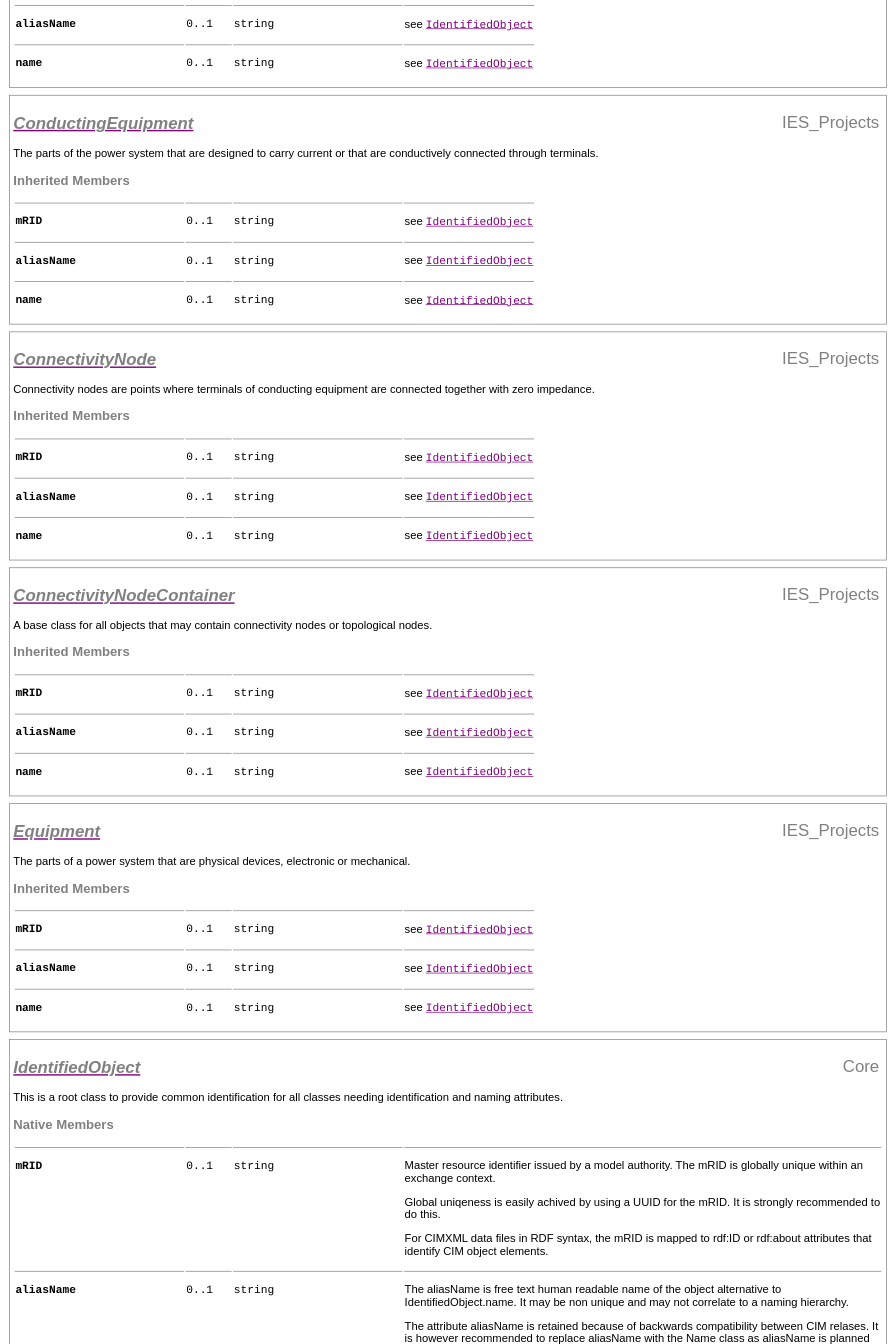
Repository: markodj99/IES-Project
Page: Projekat/Profile/Profile/Profiles/Profile.html
An editor plug-in stored every save of this project. The page is shown before and after the next save, followed by the edit.
The browser window is 1280 px wide. The pictures show the part of the page from y = 482 to 2402 px (the page is 4568 px tall before and 4760 px after), at 70% of full size.

Above is the page before, as saved 2022-07-28 17:18:06.

### Projekat/Profile/Profile/Profiles/Profile.html
<?xml version="1.0" encoding="UTF-8"?>
<!DOCTYPE html PUBLIC "-//W3C//DTD XHTML 1.1//EN" "http://www.w3.org/TR/xhtml11/DTD/xhtml11.dtd">
<html xmlns="http://www.w3.org/1999/xhtml" xmlns:a="http://langdale.com.au/2005/Message#" xmlns:xs="http://www.w3.org/2001/XMLSchema">
<head>
<title>Profile Documentation</title>
<style type="text/css">
/* typography: fonts */
body { font-family: arial, sans-serif; }

.name, .type, .cardinality, .superclass, .xsdtype, .namespace { font-family: courier, monospace; }


/* typography: emphasis */
h1 { color: white; background: gray;}

h2, h3 { color: gray; text-decoration: none;}

h2.abstract, h2.enumerated, h2.domain {font-style: italic }

p.note { background-color: #ddd }

p.declaration { color: gray }

:link { color: purple; }

.xsdtype { color: black; font-weight: bold; }

.namespace { color: black }

.package { font-size: x-large; color: gray }


/* borders */
div.group {
	border-style: solid;
	border-color: gray;
	border-width: 1px;

}

th, td {
	border-top-style : solid;
	border-top-width : 1px;
	border-color: gray;
 }


/* spacing and alignment */
body {padding: 5px; }

h1 { padding: 5px;}

div.group {
	margin-top: 10px;
	padding: 5px;
	position: relative;
}
th, td {
	text-align : left;
	vertical-align : top;
}
th, td.type { width: 15em; overflow: visible; }

p.cardinality { width: 4em; }

p.package { position: absolute; right: 10px; top: 0px}
</style>
</head>
<body>
<h1>Profile Documentation</h1>
<p/>
<p class="declaration">
					Profile namespace:
					<span class="namespace">http://iec.ch/TC57/2007/profile#</span>
</p>
<h1>Concrete Classes</h1>
<h1>Abstract Classes</h1>
<div id="BaseVoltage" class="group">
<a href="#BaseVoltage">
<h2 class="abstract">BaseVoltage</h2>
</a>
<p class="package">Core</p>
<p class="comment">Defines a system base voltage which is referenced.</p>
<h3>Inherited Members</h3>
<table>
<tr>
<th>
<p class="name">mRID</p>
</th>
<td>
<p class="cardinality">0..1</p>
</td>
<td class="type">
<p class="type">string</p>
</td>
<td>
<p>see <a class="superclass" href="#IdentifiedObject.mRID">IdentifiedObject</a>
</p>
</td>
</tr>
<tr>
<th>
<p class="name">aliasName</p>
</th>
<td>
<p class="cardinality">0..1</p>
</td>
<td class="type">
<p class="type">string</p>
</td>
<td>
<p>see <a class="superclass" href="#IdentifiedObject.aliasName">IdentifiedObject</a>
</p>
</td>
</tr>
<tr>
<th>
<p class="name">name</p>
</th>
<td>
<p class="cardinality">0..1</p>
</td>
<td class="type">
<p class="type">string</p>
</td>
<td>
<p>see <a class="superclass" href="#IdentifiedObject.name">IdentifiedObject</a>
</p>
</td>
</tr>
</table>
</div>
<div id="ConductingEquipment" class="group">
<a href="#ConductingEquipment">
<h2 class="abstract">ConductingEquipment</h2>
</a>
<p class="package">IES_Projects</p>
<p class="comment">The parts of the power system that are designed to carry current or that are conductively connected through terminals.</p>
<h3>Inherited Members</h3>
<table/>
<table/>
<table>
<tr>
<th>
<p class="name">mRID</p>
</th>
<td>
<p class="cardinality">0..1</p>
</td>
<td class="type">
<p class="type">string</p>
</td>
<td>
<p>see <a class="superclass" href="#IdentifiedObject.mRID">IdentifiedObject</a>
</p>
</td>
</tr>
<tr>
<th>
<p class="name">aliasName</p>
</th>
<td>
<p class="cardinality">0..1</p>
</td>
<td class="type">
<p class="type">string</p>
</td>
<td>
<p>see <a class="superclass" href="#IdentifiedObject.aliasName">IdentifiedObject</a>
</p>
</td>
</tr>
<tr>
<th>
<p class="name">name</p>
</th>
<td>
<p class="cardinality">0..1</p>
</td>
<td class="type">
<p class="type">string</p>
</td>
<td>
<p>see <a class="superclass" href="#IdentifiedObject.name">IdentifiedObject</a>
</p>
</td>
</tr>
</table>
</div>
<div id="ConnectivityNode" class="group">
<a href="#ConnectivityNode">
<h2 class="abstract">ConnectivityNode</h2>
</a>
<p class="package">IES_Projects</p>
<p class="comment">Connectivity nodes are points where terminals of conducting equipment are connected together with zero impedance.</p>
<h3>Inherited Members</h3>
<table>
<tr>
<th>
<p class="name">mRID</p>
</th>
<td>
<p class="cardinality">0..1</p>
</td>
<td class="type">
<p class="type">string</p>
</td>
<td>
<p>see <a class="superclass" href="#IdentifiedObject.mRID">IdentifiedObject</a>
</p>
</td>
</tr>
<tr>
<th>
<p class="name">aliasName</p>
</th>
<td>
<p class="cardinality">0..1</p>
</td>
<td class="type">
<p class="type">string</p>
</td>
<td>
<p>see <a class="superclass" href="#IdentifiedObject.aliasName">IdentifiedObject</a>
</p>
</td>
</tr>
<tr>
<th>
<p class="name">name</p>
</th>
<td>
<p class="cardinality">0..1</p>
</td>
<td class="type">
<p class="type">string</p>
</td>
<td>
<p>see <a class="superclass" href="#IdentifiedObject.name">IdentifiedObject</a>
</p>
</td>
</tr>
</table>
</div>
<div id="ConnectivityNodeContainer" class="group">
<a href="#ConnectivityNodeContainer">
<h2 class="abstract">ConnectivityNodeContainer</h2>
</a>
<p class="package">IES_Projects</p>
<p class="comment">A base class for all objects that may contain connectivity nodes or topological nodes.</p>
<h3>Inherited Members</h3>
<table/>
<table>
<tr>
<th>
<p class="name">mRID</p>
</th>
<td>
<p class="cardinality">0..1</p>
</td>
<td class="type">
<p class="type">string</p>
</td>
<td>
<p>see <a class="superclass" href="#IdentifiedObject.mRID">IdentifiedObject</a>
</p>
</td>
</tr>
<tr>
<th>
<p class="name">aliasName</p>
</th>
<td>
<p class="cardinality">0..1</p>
</td>
<td class="type">
<p class="type">string</p>
</td>
<td>
<p>see <a class="superclass" href="#IdentifiedObject.aliasName">IdentifiedObject</a>
</p>
</td>
</tr>
<tr>
<th>
<p class="name">name</p>
</th>
<td>
<p class="cardinality">0..1</p>
</td>
<td class="type">
<p class="type">string</p>
</td>
<td>
<p>see <a class="superclass" href="#IdentifiedObject.name">IdentifiedObject</a>
</p>
</td>
</tr>
</table>
</div>
<div id="Equipment" class="group">
<a href="#Equipment">
<h2 class="abstract">Equipment</h2>
</a>
<p class="package">IES_Projects</p>
<p class="comment">The parts of a power system that are physical devices, electronic or mechanical.</p>
<h3>Inherited Members</h3>
<table/>
<table>
<tr>
<th>
<p class="name">mRID</p>
</th>
<td>
<p class="cardinality">0..1</p>
</td>
<td class="type">
<p class="type">string</p>
</td>
<td>
<p>see <a class="superclass" href="#IdentifiedObject.mRID">IdentifiedObject</a>
</p>
</td>
</tr>
<tr>
<th>
<p class="name">aliasName</p>
</th>
<td>
<p class="cardinality">0..1</p>
</td>
<td class="type">
<p class="type">string</p>
</td>
<td>
<p>see <a class="superclass" href="#IdentifiedObject.aliasName">IdentifiedObject</a>
</p>
</td>
</tr>
<tr>
<th>
<p class="name">name</p>
</th>
<td>
<p class="cardinality">0..1</p>
</td>
<td class="type">
<p class="type">string</p>
</td>
<td>
<p>see <a class="superclass" href="#IdentifiedObject.name">IdentifiedObject</a>
</p>
</td>
</tr>
</table>
</div>
<div id="IdentifiedObject" class="group">
<a href="#IdentifiedObject">
<h2 class="abstract">IdentifiedObject</h2>
</a>
<p class="package">Core</p>
<p class="comment">This is a root class to provide common identification for all classes needing identification and naming attributes.</p>
<h3>Native Members</h3>
<table>
<tr>
<th>
<p class="name" id="IdentifiedObject.mRID">mRID</p>
</th>
<td>
<p class="cardinality">0..1</p>
</td>
<td class="type">
<p class="type">string</p>
</td>
<td>
<p class="comment">Master resource identifier issued by a model authority. The mRID is globally unique within an exchange context.</p>
<p class="comment">Global uniqeness is easily achived by using a UUID for the mRID. It is strongly recommended to do this.</p>
<p class="comment">For CIMXML data files in RDF syntax, the mRID is mapped to rdf:ID or rdf:about attributes that identify CIM object elements.</p>
</td>
</tr>
<tr>
<th>
<p class="name" id="IdentifiedObject.aliasName">aliasName</p>
</th>
<td>
<p class="cardinality">0..1</p>
</td>
<td class="type">
<p class="type">string</p>
</td>
<td>
<p class="comment">The aliasName is free text human readable name of the object alternative to IdentifiedObject.name. It may be non unique and may not correlate to a naming hierarchy.</p>
<p class="comment">The attribute aliasName is retained because of backwards compatibility between CIM relases. It is however recommended to replace aliasName with the Name class as aliasName is planned for retirement at a future time.</p>
</td>
</tr>
<tr>
<th>
<p class="name" id="IdentifiedObject.name">name</p>
</th>
<td>
<p class="cardinality">0..1</p>
</td>
<td class="type">
<p class="type">string</p>
</td>
<td>
<p class="comment">The name is any free human readable and possibly non unique text naming the object.</p>
</td>
</tr>
</table>
</div>
<div id="PowerSystemResource" class="group">
<a href="#PowerSystemResource">
<h2 class="abstract">PowerSystemResource</h2>
</a>
<p class="package">Core</p>
<p class="comment">A power system resource can be an item of equipment such as a switch, an equipment container containing many individual items of equipment such as a substation, or an organisational entity such as sub-control area. Power system resources can have measurements associated.</p>
<h3>Inherited Members</h3>
<table>
<tr>
<th>
<p class="name">mRID</p>
</th>
<td>
<p class="cardinality">0..1</p>
</td>
<td class="type">
<p class="type">string</p>
</td>
<td>
<p>see <a class="superclass" href="#IdentifiedObject.mRID">IdentifiedObject</a>
</p>
</td>
</tr>
<tr>
<th>
<p class="name">aliasName</p>
</th>
<td>
<p class="cardinality">0..1</p>
</td>
<td class="type">
<p class="type">string</p>
</td>
<td>
<p>see <a class="superclass" href="#IdentifiedObject.aliasName">IdentifiedObject</a>
</p>
</td>
</tr>
<tr>
<th>
<p class="name">name</p>
</th>
<td>
<p class="cardinality">0..1</p>
</td>
<td class="type">
<p class="type">string</p>
</td>
<td>
<p>see <a class="superclass" href="#IdentifiedObject.name">IdentifiedObject</a>
</p>
</td>
</tr>
</table>
</div>
<div id="Switch" class="group">
<a href="#Switch">
<h2 class="abstract">Switch</h2>
</a>
<p class="package">Wires</p>
<p class="comment">A generic device designed to close, or open, or both, one or more electric circuits.</p>
<h3>Native Members</h3>
<table>
<tr>
<th>
<p class="name" id="Switch.normalOpen">normalOpen</p>
</th>
<td>
<p class="cardinality">0..1</p>
</td>
<td class="type">
<p class="type">boolean</p>
</td>
<td>
<p class="comment">The attribute is used in cases when no Measurement for the status value is present. If the Switch has a status measurment the Discrete.normalValue is expected to match with the Switch.normalOpen.</p>
</td>
</tr>
<tr>
<th>
<p class="name" id="Switch.retained">retained</p>
</th>
<td>
<p class="cardinality">0..1</p>
</td>
<td class="type">
<p class="type">boolean</p>
</td>
<td>
<p class="comment">Branch is retained in a bus branch model.</p>
</td>
</tr>
<tr>
<th>
<p class="name" id="Switch.switchOnCount">switchOnCount</p>
</th>
<td>
<p class="cardinality">0..1</p>
</td>
<td class="type">
<p class="type">integer</p>
</td>
<td>
<p class="comment">The switch on count since the switch was last reset or initialized.</p>
</td>
</tr>
<tr>
<th>
<p class="name" id="Switch.switchOnDate">switchOnDate</p>
</th>
<td>
<p class="cardinality">0..1</p>
</td>
<td class="type">
<p class="type">dateTime</p>
</td>
<td>
<p class="comment">The date and time when the switch was last switched on.</p>
</td>
</tr>
<tr>
<th>
<p class="name" id="Switch.ratedCurrent">ratedCurrent</p>
</th>
<td>
<p class="cardinality">0..1</p>
</td>
<td class="type">
<p class="type">
<a href="#CurrentFlow">CurrentFlow</a>
</p>
</td>
<td>
<p class="comment">The maximum continuous current carrying capacity in amps governed by the device material and construction.</p>
</td>
</tr>
</table>
<h3>Inherited Members</h3>
<table/>
<table/>
<table/>
<table>
<tr>
<th>
<p class="name">mRID</p>
</th>
<td>
<p class="cardinality">0..1</p>
</td>
<td class="type">
<p class="type">string</p>
</td>
<td>
<p>see <a class="superclass" href="#IdentifiedObject.mRID">IdentifiedObject</a>
</p>
</td>
</tr>
<tr>
<th>
<p class="name">aliasName</p>
</th>
<td>
<p class="cardinality">0..1</p>
</td>
<td class="type">
<p class="type">string</p>
</td>
<td>
<p>see <a class="superclass" href="#IdentifiedObject.aliasName">IdentifiedObject</a>
</p>
</td>
</tr>
<tr>
<th>
<p class="name">name</p>
</th>
<td>
<p class="cardinality">0..1</p>
</td>
<td class="type">
<p class="type">string</p>
</td>
<td>
<p>see <a class="superclass" href="#IdentifiedObject.name">IdentifiedObject</a>
</p>
</td>
</tr>
</table>
</div>
<div id="Terminal" class="group">
<a href="#Terminal">
<h2 class="abstract">Terminal</h2>
</a>
<p class="package">Core</p>
<p class="comment">An electrical connection point to a piece of conducting equipment. Terminals are connected at physical connection points called connectivity nodes.</p>
<h3>Inherited Members</h3>
<table>
<tr>
<th>
<p class="name">mRID</p>
</th>
<td>
<p class="cardinality">0..1</p>
</td>
<td class="type">
<p class="type">string</p>
</td>
<td>
<p>see <a class="superclass" href="#IdentifiedObject.mRID">IdentifiedObject</a>
</p>
</td>
</tr>
<tr>
<th>
<p class="name">aliasName</p>
</th>
<td>
<p class="cardinality">0..1</p>
</td>
<td class="type">
<p class="type">string</p>
</td>
<td>
<p>see <a class="superclass" href="#IdentifiedObject.aliasName">IdentifiedObject</a>
</p>
</td>
</tr>
<tr>
<th>
<p class="name">name</p>
</th>
<td>
<p class="cardinality">0..1</p>
</td>
<td class="type">
<p class="type">string</p>
</td>
<td>
<p>see <a class="superclass" href="#IdentifiedObject.name">IdentifiedObject</a>
</p>
</td>
</tr>
</table>
</div>
<div id="TopologicalNode" class="group">
<a href="#TopologicalNode">
<h2 class="abstract">TopologicalNode</h2>
</a>
<p class="package">IES_Projects</p>
<p class="comment">For a detailed substation model a topological node is a set of connectivity nodes that, in the current network state, are connected together through any type of closed switches, including  jumpers. Topological nodes change as the current network state changes (i.e., switches, breakers, etc. change state).</p>
<p class="comment">For a planning model, switch statuses are not used to form topological nodes. Instead they are manually created or deleted in a model builder tool. Topological nodes maintained this way are also called "busses".</p>
<h3>Inherited Members</h3>
<table>
<tr>
<th>
<p class="name">mRID</p>
</th>
<td>
<p class="cardinality">0..1</p>
</td>
<td class="type">
<p class="type">string</p>
</td>
<td>
<p>see <a class="superclass" href="#IdentifiedObject.mRID">IdentifiedObject</a>
</p>
</td>
</tr>
<tr>
<th>
<p class="name">aliasName</p>
</th>
<td>
<p class="cardinality">0..1</p>
</td>
<td class="type">
<p class="type">string</p>
</td>
<td>
<p>see <a class="superclass" href="#IdentifiedObject.aliasName">IdentifiedObject</a>
</p>
</td>
</tr>
<tr>
<th>
<p class="name">name</p>
</th>
<td>
<p class="cardinality">0..1</p>
</td>
<td class="type">
<p class="type">string</p>
</td>
<td>
<p>see <a class="superclass" href="#IdentifiedObject.name">IdentifiedObject</a>
</p>
</td>
</tr>
</table>
</div>
<h1>Enumerations</h1>
<h1>Compound Types</h1>
<h1>Datatypes</h1>
</body>
</html>

After the next save:
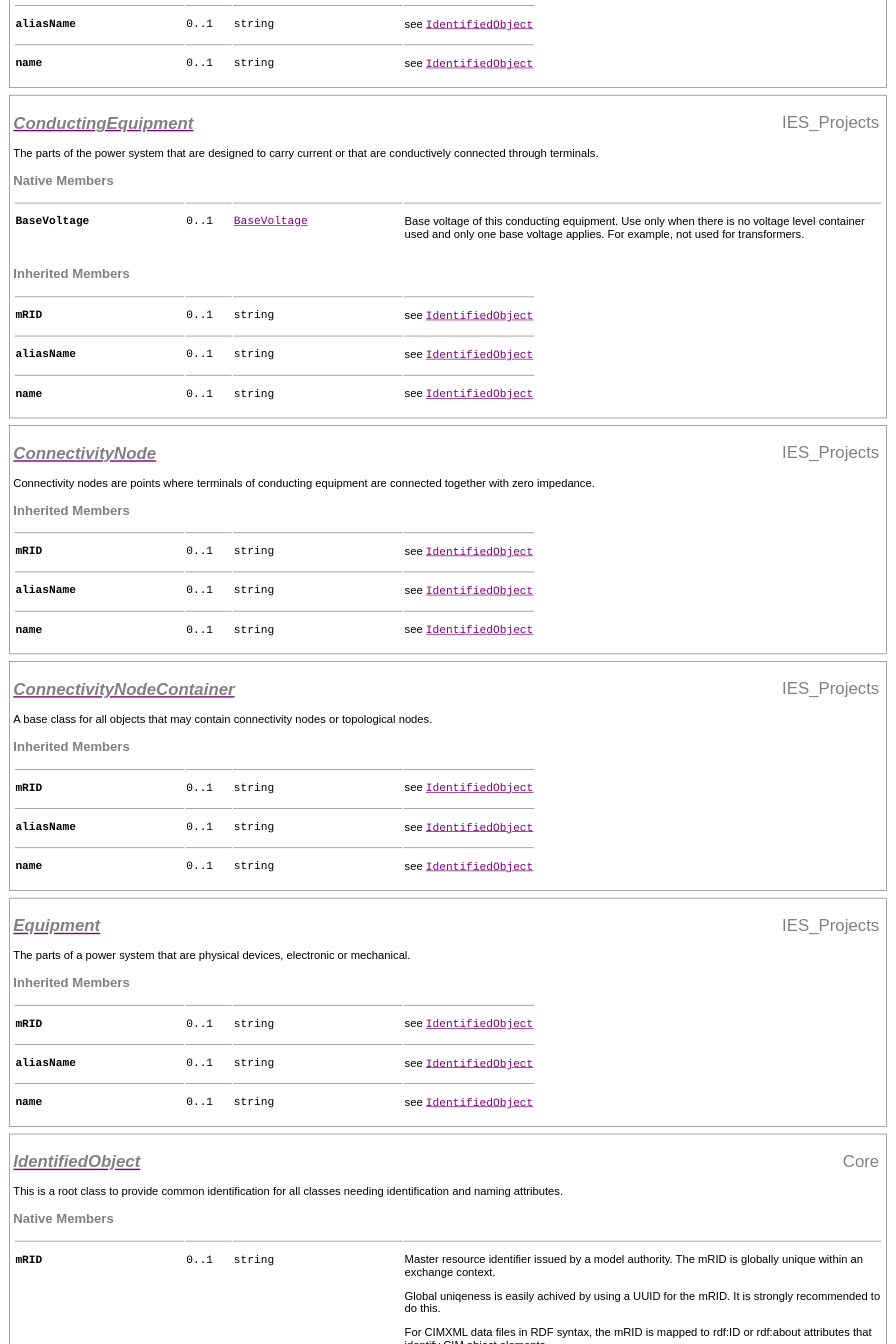
Saved 42 s later.
--- a/Projekat/Profile/Profile/Profiles/Profile.html
+++ b/Projekat/Profile/Profile/Profiles/Profile.html
@@ -136,6 +136,25 @@ p.package { position: absolute; right: 10px; top: 0px}
 </a>
 <p class="package">IES_Projects</p>
 <p class="comment">The parts of the power system that are designed to carry current or that are conductively connected through terminals.</p>
+<h3>Native Members</h3>
+<table>
+<tr>
+<th>
+<p class="name" id="ConductingEquipment.BaseVoltage">BaseVoltage</p>
+</th>
+<td>
+<p class="cardinality">0..1</p>
+</td>
+<td class="type">
+<p class="type">
+<a href="#BaseVoltage">BaseVoltage</a>
+</p>
+</td>
+<td>
+<p class="comment">Base voltage of this conducting equipment.  Use only when there is no voltage level container used and only one base voltage applies.  For example, not used for transformers.</p>
+</td>
+</tr>
+</table>
 <h3>Inherited Members</h3>
 <table/>
 <table/>
@@ -546,7 +565,25 @@ p.package { position: absolute; right: 10px; top: 0px}
 </tr>
 </table>
 <h3>Inherited Members</h3>
-<table/>
+<table>
+<tr>
+<th>
+<p class="name">BaseVoltage</p>
+</th>
+<td>
+<p class="cardinality">0..1</p>
+</td>
+<td class="type">
+<p class="type">
+<a href="#BaseVoltage">BaseVoltage</a>
+</p>
+</td>
+<td>
+<p>see <a class="superclass" href="#ConductingEquipment.BaseVoltage">ConductingEquipment</a>
+</p>
+</td>
+</tr>
+</table>
 <table/>
 <table/>
 <table>
